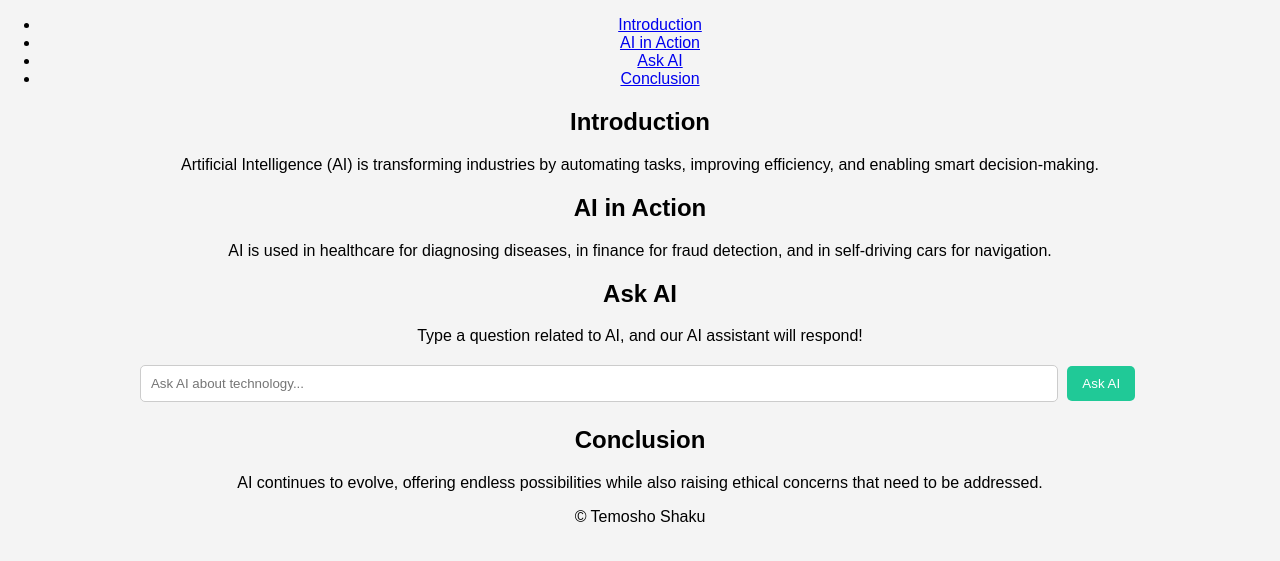
Repository: TemoshoS/ai
Page: index.html
An editor plug-in stored every save of this project. The page is shown before and after the next save, followed by the edit.
The browser window is 1280 px wide. The pictures show the whole page.

Above is the page before, as saved 2025-02-16 13:58:26.
Console error: TypeError: Cannot read properties of null (reading 'addEventListener')

### index.html
<!DOCTYPE html>
<html lang="en">
<head>
    <meta charset="UTF-8">
    <meta name="viewport" content="width=device-width, initial-scale=1.0">
    <title>AI Revolution</title>
    <link rel="stylesheet" href="styles.css">
</head>
<body>

    <nav>
        <ul>
            <li><a href="#intro">Introduction</a></li>
            <li><a href="#body">AI in Action</a></li>
            <li><a href="#chatbot">Ask AI</a></li>
            <li><a href="#conclusion">Conclusion</a></li>
        </ul>
    </nav>

    <section id="intro">
        <h2>Introduction</h2>
        <p>Artificial Intelligence (AI) is transforming industries by automating tasks, improving efficiency, and enabling smart decision-making.</p>
    </section>

    <section id="body">
        <h2>AI in Action</h2>
        <p>AI is used in healthcare for diagnosing diseases, in finance for fraud detection, and in self-driving cars for navigation.</p>
    </section>

    <section id="chatbot">
        <h2>Ask AI</h2>
        <p>Type a question related to AI, and our AI assistant will respond!</p>
        <input type="text" id="userInput" placeholder="Ask AI about technology...">
        <button id="askAI">Ask AI</button>
        <p id="aiResponse"></p>
    </section>

    <section id="conclusion">
        <h2>Conclusion</h2>
        <p>AI continues to evolve, offering endless possibilities while also raising ethical concerns that need to be addressed.</p>
    </section>

    <footer>
        <p>&copy;  Temosho Shaku</p>
    </footer>

    <script src="script.js"></script>
</body>
</html>

### styles.css
body {
    font-family: Arial, sans-serif;
    text-align: center;
    margin: 0;
    background: #f4f4f4;
}

.presentation {
    max-width: 800px;
    margin: 50px auto;
    background: white;
    padding: 20px;
    border-radius: 8px;
    box-shadow: 0px 0px 10px rgba(0, 0, 0, 0.1);
    position: relative;
}

.slide {
    display: none;
    padding: 20px;
}

.slide.active {
    display: block;
    animation: fade 0.5s ease-in-out;
}

@keyframes fade {
    from { opacity: 0; }
    to { opacity: 1; }
}

.controls {
    margin-top: 20px;
}

button {
    background: #20C997;
    color: white;
    padding: 10px 15px;
    border: none;
    cursor: pointer;
    margin: 5px;
    border-radius: 5px;
}

button:hover {
    background: #17a589;
}

input {
    padding: 10px;
    width: 70%;
    border: 1px solid #ccc;
    border-radius: 5px;
}

#aiResponse {
    font-weight: bold;
    color: #333;
    margin-top: 15px;
}

### script.js
let slides = document.querySelectorAll(".slide");
let currentSlide = 0;

document.getElementById("next").addEventListener("click", function () {
    changeSlide(1);
});

document.getElementById("prev").addEventListener("click", function () {
    changeSlide(-1);
});

function changeSlide(direction) {
    slides[currentSlide].classList.remove("active");
    currentSlide += direction;

    if (currentSlide < 0) {
        currentSlide = slides.length - 1;
    } else if (currentSlide >= slides.length) {
        currentSlide = 0;
    }

    slides[currentSlide].classList.add("active");
}

// AI Fake Response
document.getElementById("askAI").addEventListener("click", function () {
    let userInput = document.getElementById("userInput").value.trim();

    if (!userInput) {
        alert("Please enter a question!");
        return;
    }

    document.getElementById("aiResponse").innerText = "Thinking...";

    setTimeout(() => {
        let fakeResponses = [
            "AI helps automate repetitive tasks.",
            "Machine learning enables computers to learn from data.",
            "AI is used in chatbots, self-driving cars, and healthcare.",
            "AI raises ethical concerns, including bias and job automation.",
            "AI can improve cybersecurity by detecting threats."
        ];

        let randomResponse = fakeResponses[Math.floor(Math.random() * fakeResponses.length)];

        document.getElementById("aiResponse").innerText = randomResponse;
    }, 1500);
});

After the next save:
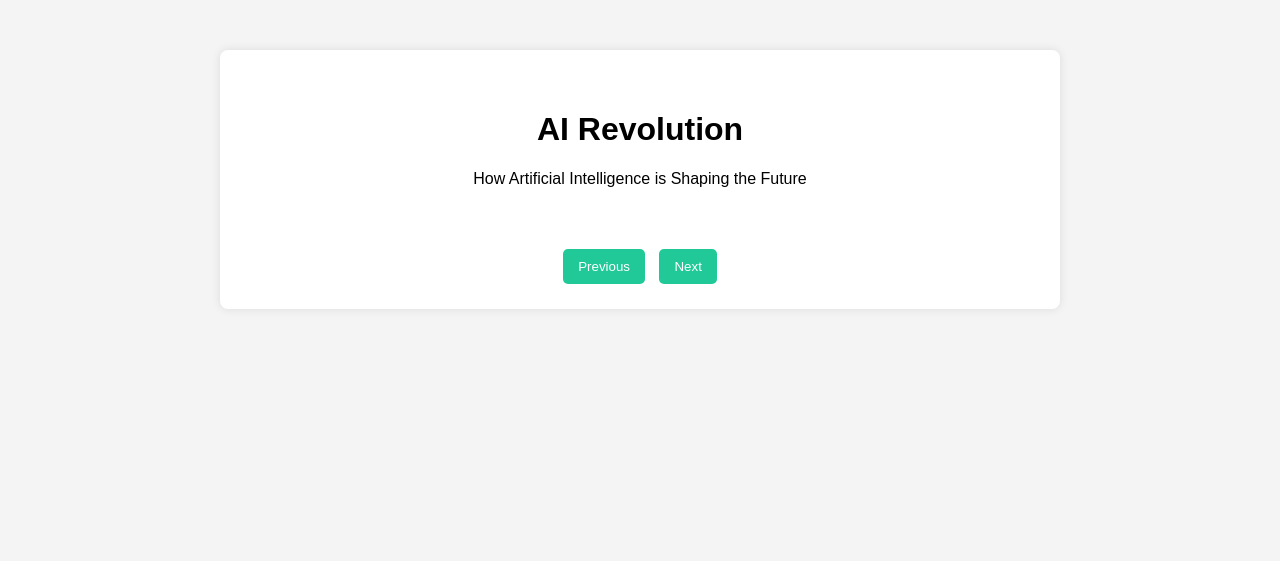
The error is gone.
Saved 6 s later.
--- a/index.html
+++ b/index.html
@@ -3,46 +3,44 @@
 <head>
     <meta charset="UTF-8">
     <meta name="viewport" content="width=device-width, initial-scale=1.0">
-    <title>AI Revolution</title>
+    <title>AI Revolution Presentation</title>
     <link rel="stylesheet" href="styles.css">
 </head>
 <body>
+    <div class="presentation">
+        <div class="slide active">
+            <h1>AI Revolution</h1>
+            <p>How Artificial Intelligence is Shaping the Future</p>
+        </div>
 
-    <nav>
-        <ul>
-            <li><a href="#intro">Introduction</a></li>
-            <li><a href="#body">AI in Action</a></li>
-            <li><a href="#chatbot">Ask AI</a></li>
-            <li><a href="#conclusion">Conclusion</a></li>
-        </ul>
-    </nav>
+        <div class="slide">
+            <h2>Introduction</h2>
+            <p>AI is transforming industries by automating tasks, improving efficiency, and enabling smart decision-making.</p>
+        </div>
 
-    <section id="intro">
-        <h2>Introduction</h2>
-        <p>Artificial Intelligence (AI) is transforming industries by automating tasks, improving efficiency, and enabling smart decision-making.</p>
-    </section>
+        <div class="slide">
+            <h2>AI in Action</h2>
+            <p>AI is used in healthcare for diagnosis, in finance for fraud detection, and in self-driving cars for navigation.</p>
+        </div>
 
-    <section id="body">
-        <h2>AI in Action</h2>
-        <p>AI is used in healthcare for diagnosing diseases, in finance for fraud detection, and in self-driving cars for navigation.</p>
-    </section>
+        <div class="slide">
+            <h2>Ask AI</h2>
+            <p>Type a question about AI and get a response!</p>
+            <input type="text" id="userInput" placeholder="Ask AI...">
+            <button id="askAI">Ask AI</button>
+            <p id="aiResponse"></p>
+        </div>
 
-    <section id="chatbot">
-        <h2>Ask AI</h2>
-        <p>Type a question related to AI, and our AI assistant will respond!</p>
-        <input type="text" id="userInput" placeholder="Ask AI about technology...">
-        <button id="askAI">Ask AI</button>
-        <p id="aiResponse"></p>
-    </section>
+        <div class="slide">
+            <h2>Conclusion</h2>
+            <p>AI is evolving rapidly, offering new opportunities and ethical challenges.</p>
+        </div>
 
-    <section id="conclusion">
-        <h2>Conclusion</h2>
-        <p>AI continues to evolve, offering endless possibilities while also raising ethical concerns that need to be addressed.</p>
-    </section>
-
-    <footer>
-        <p>&copy;  Temosho Shaku</p>
-    </footer>
+        <div class="controls">
+            <button id="prev">Previous</button>
+            <button id="next">Next</button>
+        </div>
+    </div>
 
     <script src="script.js"></script>
 </body>
